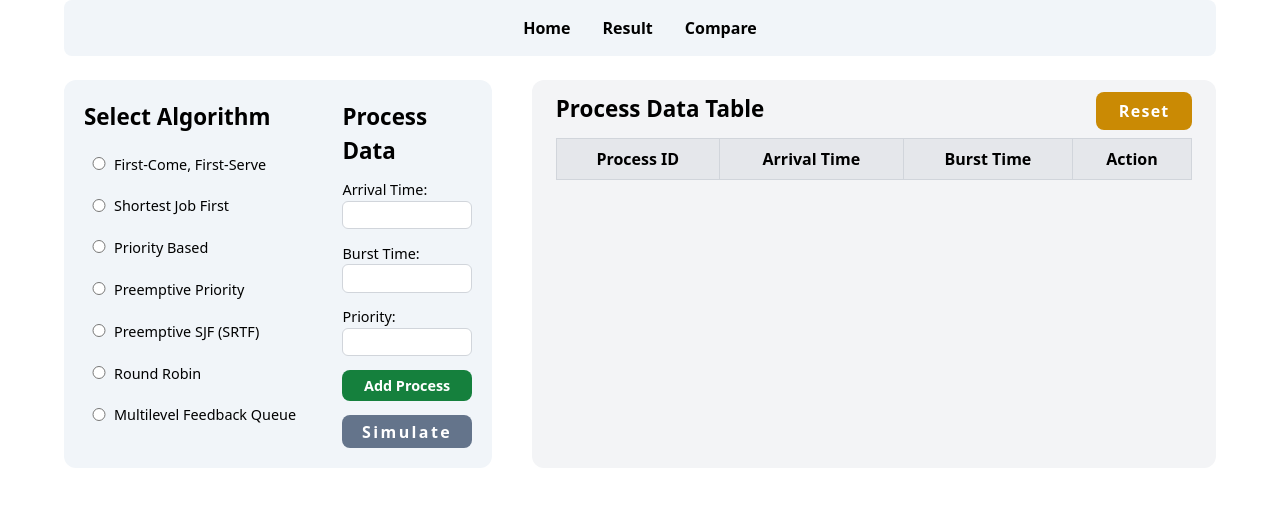
Repository: ujjwalkathait/Process_Scheduler
Page: /
An editor plug-in stored every save of this project. The page is shown before and after the next save, followed by the edit.
The browser window is 1280 px wide. The pictures show the whole page.
The project was rebuilt for these pictures with package versions that can differ from the ones it lists, and the page was loaded fresh each time. Also part of the build but not shown: vite.config.js, src/components/CompareAlgorithmsChart.jsx, src/components/GanttChart.jsx, src/components/GanttChartTable.jsx, src/components/PerformanceMetrics.jsx, src/components/Statistics.jsx, src/pages/Compare.jsx, src/pages/Result.jsx and 8 more.

Above is the page before, as saved 2025-05-14 12:44:09.

After the next save:
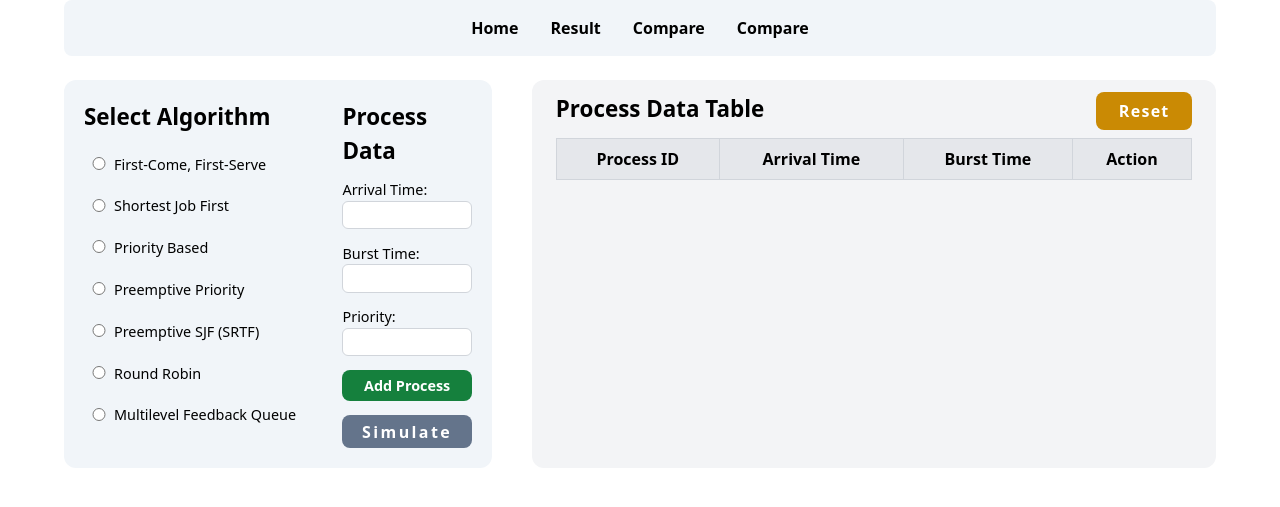
Saved 3 min 43 s later.
--- a/src/App.jsx
+++ b/src/App.jsx
@@ -18,6 +18,7 @@ function App() {
             <Link to="/" className="font-semibold hover:underline">Home</Link>
             <Link to="/result" className="font-semibold hover:underline">Result</Link>
             <Link to="/compare" className="font-semibold hover:underline">Compare</Link>
+            <Link to="/compare" className="font-semibold hover:underline">Compare</Link>
           </nav>
           <ToastContainer />
           <Routes>
